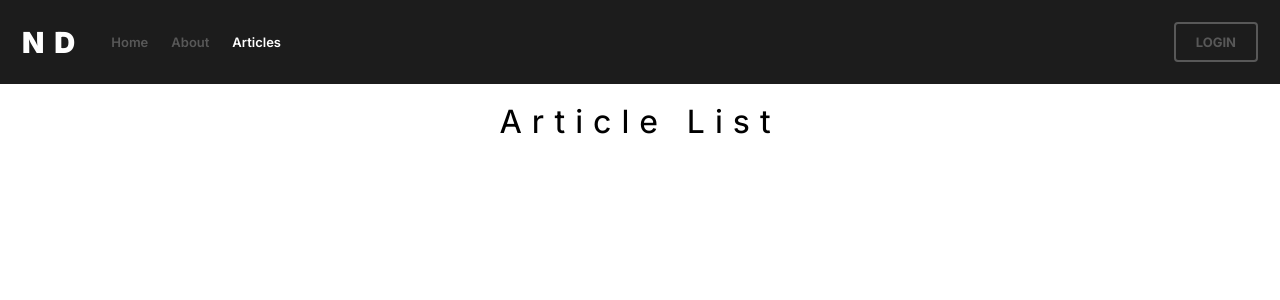
Repository: neomdavid/advancedwebprogramming
Page: /articles
These files come from the project's save history. The page is drawn as it stood at one moment and after the next save; the edit follows.
The browser window is 1280 px wide. The pictures show the whole page.
The project was rebuilt for these pictures with package versions that can differ from the ones it lists, and the page was loaded fresh each time. Also part of the build but not shown: vite.config.js, src/index.css, src/pages/AboutPAge.jsx, src/pages/ArticlePage.jsx, src/pages/HomePage.jsx.

Above is the page before, as saved 2025-04-08 09:10:35.

After the next save:
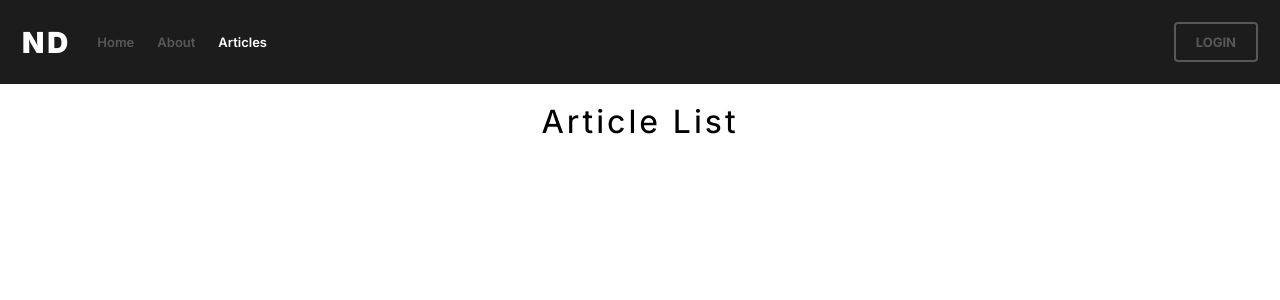
Saved 4 s later.
--- a/src/App.css
+++ b/src/App.css
@@ -21,5 +21,5 @@ nav ul {
 }
 h1 {
   font-weight: 450;
-  letter-spacing: 10px;
+  letter-spacing: 3px;
 }
